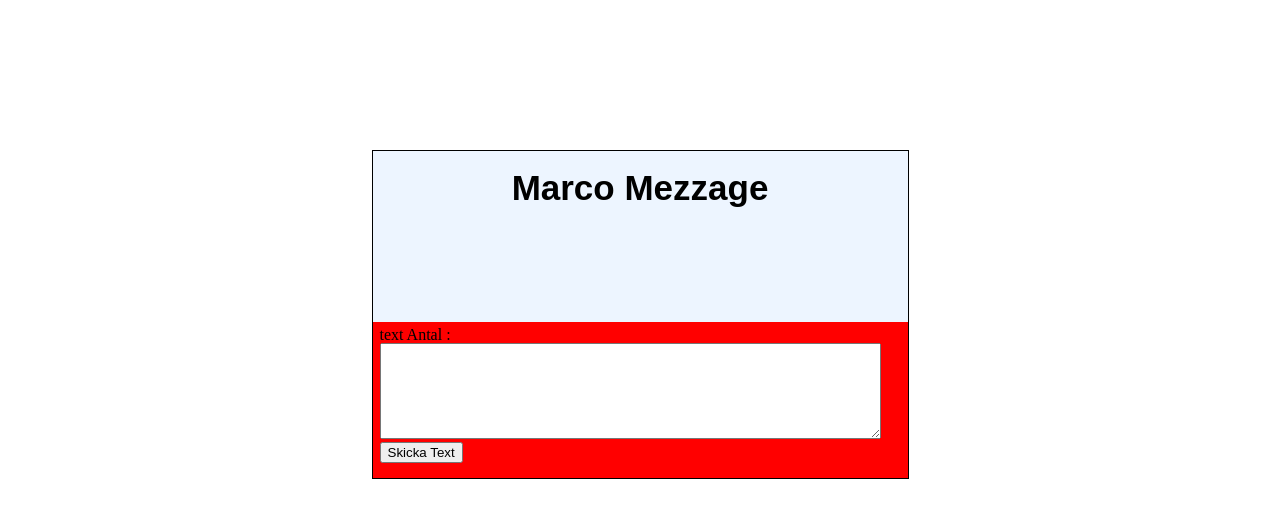
Repository: Marco30/1dv403-laborationer
Page: 2-labbymezzage/index.html
The author's editor kept a record of every edit. The page is drawn from the files as they stood at one moment, then again after the next edit.
The browser window is 1280 px wide. The pictures show the whole page.

Above is the page before.

After the next edit:
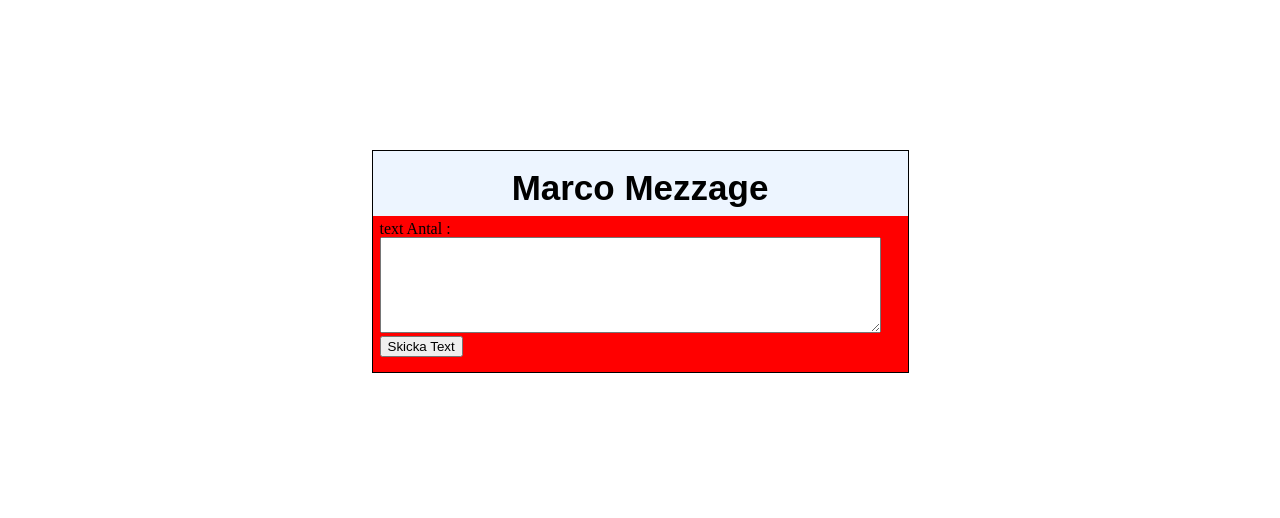
The edit:
--- a/2-labbymezzage/css/style.css
+++ b/2-labbymezzage/css/style.css
@@ -61,7 +61,7 @@
 
 header /* skappar rammen längs upp, den som har sidans namn */
 {
-height:171px;
+height: 65px;
 }
 
 header H1 /* ger H1 följande egenskaper som alltid är bundna till header div */
